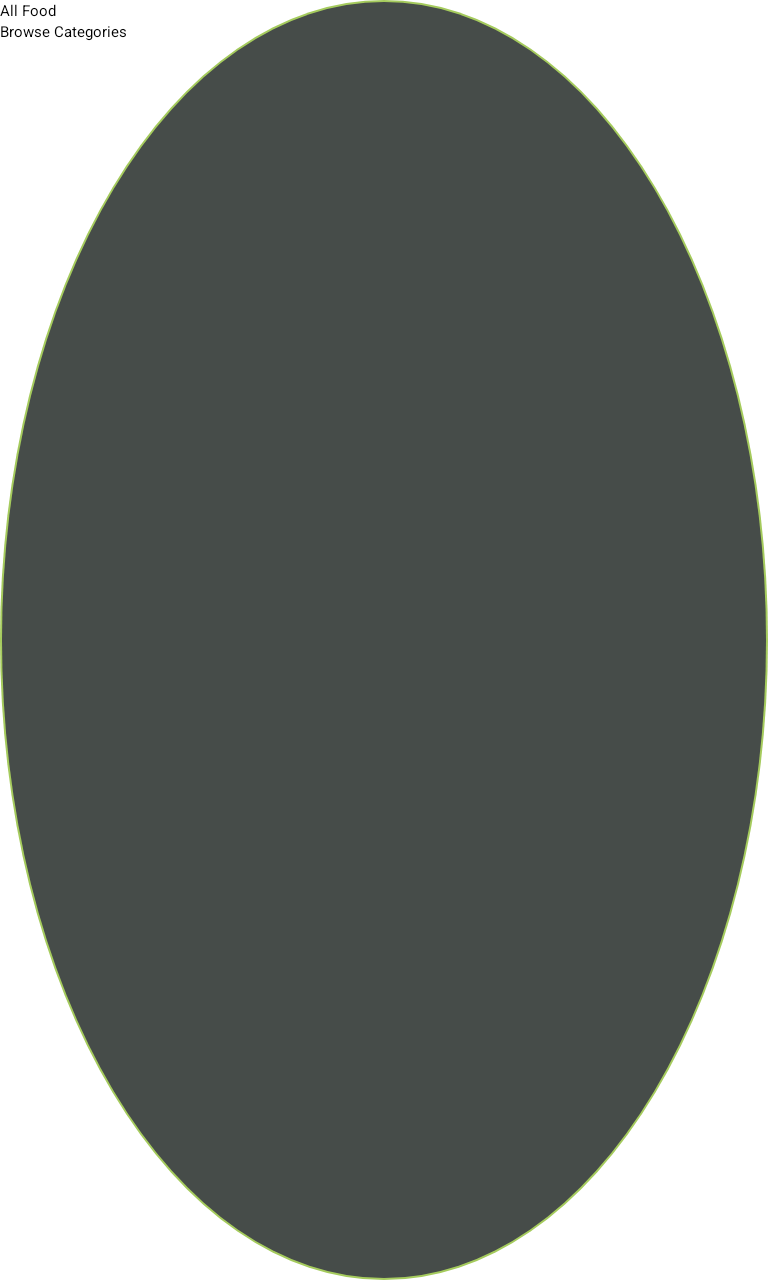
Repository: ShelfLifeApp/ShelfLife-Android
Layout: Implementation/ShelfLifeAndroid/res/layout/listview_header.xml
An editor plug-in stored every save of this project. The layout is shown before and after the next save, followed by the edit.
It is drawn on a 768 x 1280 px phone screen (xhdpi) without system bars, with theme Theme.Sherlock.Light; the app's code is not run.

Above is the layout before, as saved 2013-05-13 03:30:53.

After the next save:
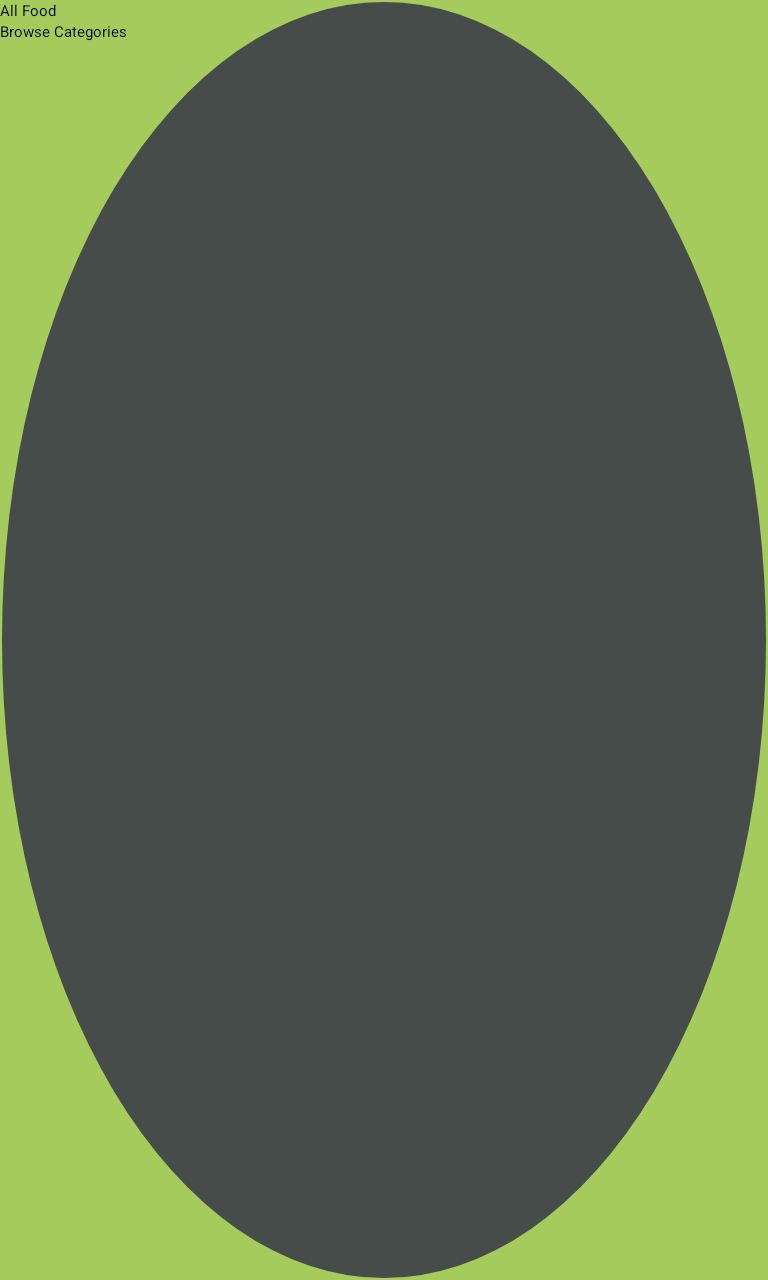
Saved 48 s later.
--- a/Implementation/ShelfLifeAndroid/res/drawable/list_header_background.xml
+++ b/Implementation/ShelfLifeAndroid/res/drawable/list_header_background.xml
@@ -1,6 +1,6 @@
 <layer-list xmlns:android="http://schemas.android.com/apk/res/android">
     <item>
-        <shape android:shape="oval">
+        <shape android:shape="rectangle">
             <solid android:color="@color/list_header_background" />
         </shape>
     </item>
